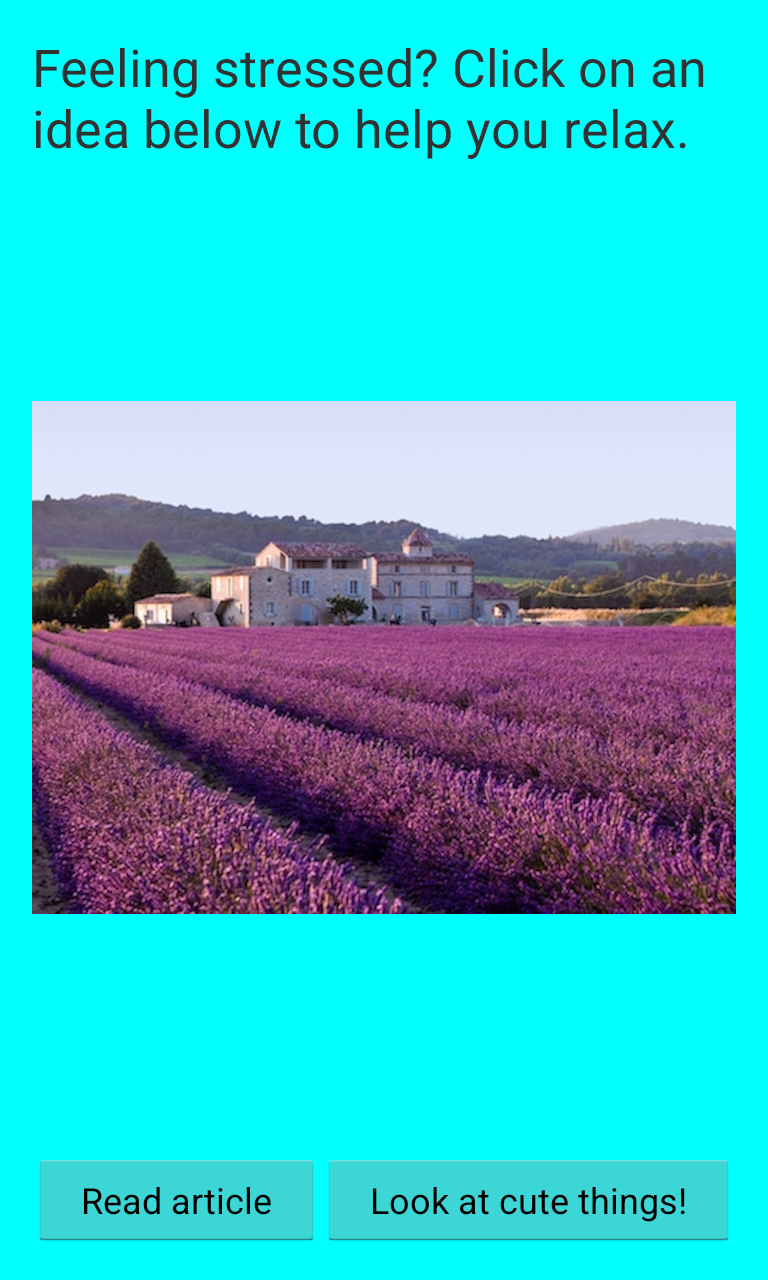
Repository: LSummers33/Apps101
Layout: Self-Care/res/layout/activity_main.xml
The author's editor kept a copy of each file at every save. The layout is drawn from the files as they stood at one save, then again after the next save.
It is drawn on a 768 x 1280 px phone screen (xhdpi) without system bars, with theme AppTheme; the app's code is not run.

Above is the layout before, as saved 2014-01-26 21:43:00.

After the next save:
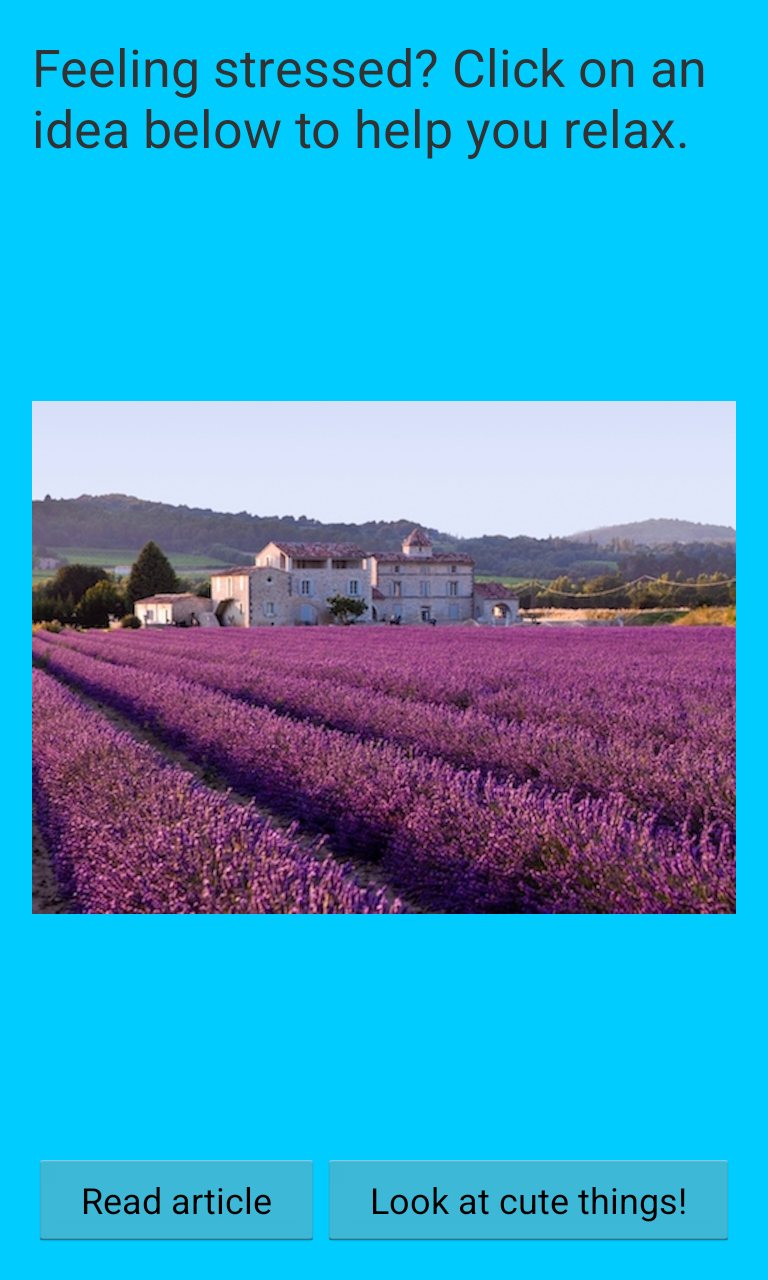
Saved 24 s later.
--- a/Self-Care/res/layout/activity_main.xml
+++ b/Self-Care/res/layout/activity_main.xml
@@ -8,7 +8,7 @@
     android:paddingRight="@dimen/activity_horizontal_margin"
     android:paddingTop="@dimen/activity_vertical_margin"
     android:orientation="vertical"
-    android:background="#00FFFF"
+    android:background="#00CCFF"
     tools:context=".MainActivity" >
 
     <TextView
